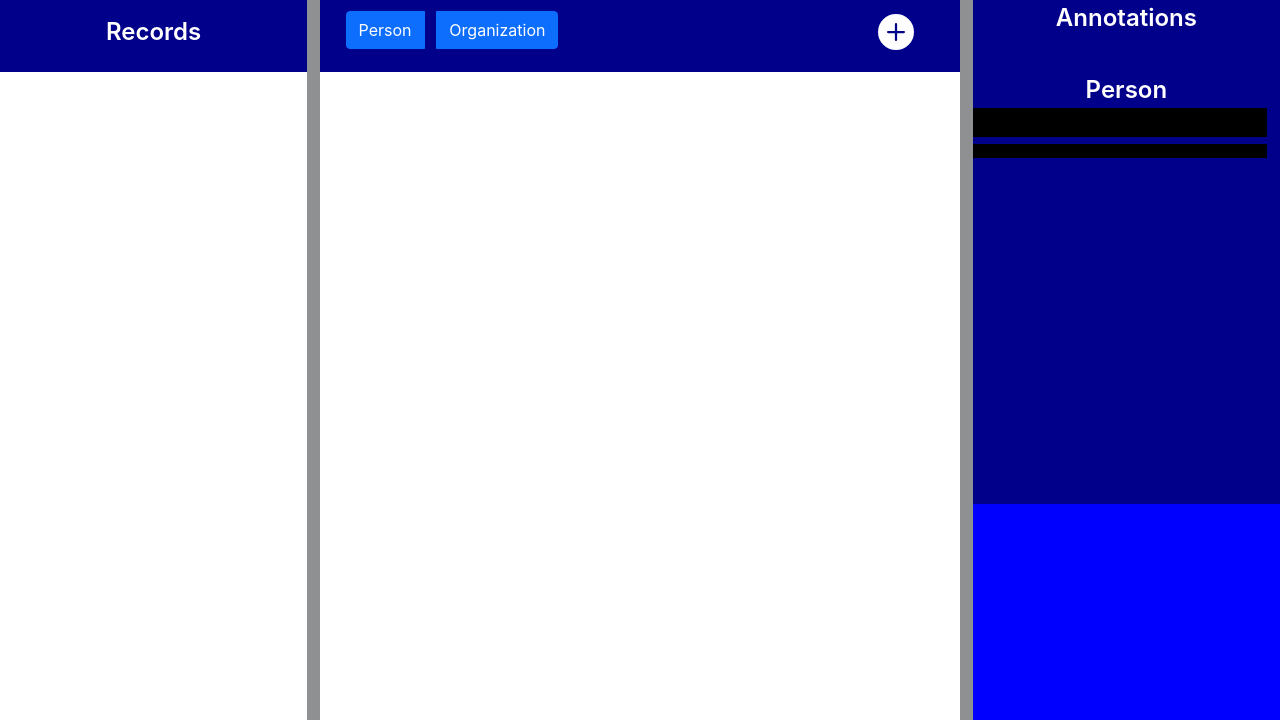
Repository: napan24/classforma_assignment
Page: / (app in client/)
These files come from the project's save history. The page is drawn as it stood at one moment and after the next save; the edit follows.
The browser window is 1280 px wide. The pictures show the whole page.
The project was rebuilt for these pictures with package versions that can differ from the ones it lists, and the page was loaded fresh each time. Also part of the build but not shown: client/src/App.css.

Above is the page before, as saved 2022-07-20 15:24:38.

After the next save:
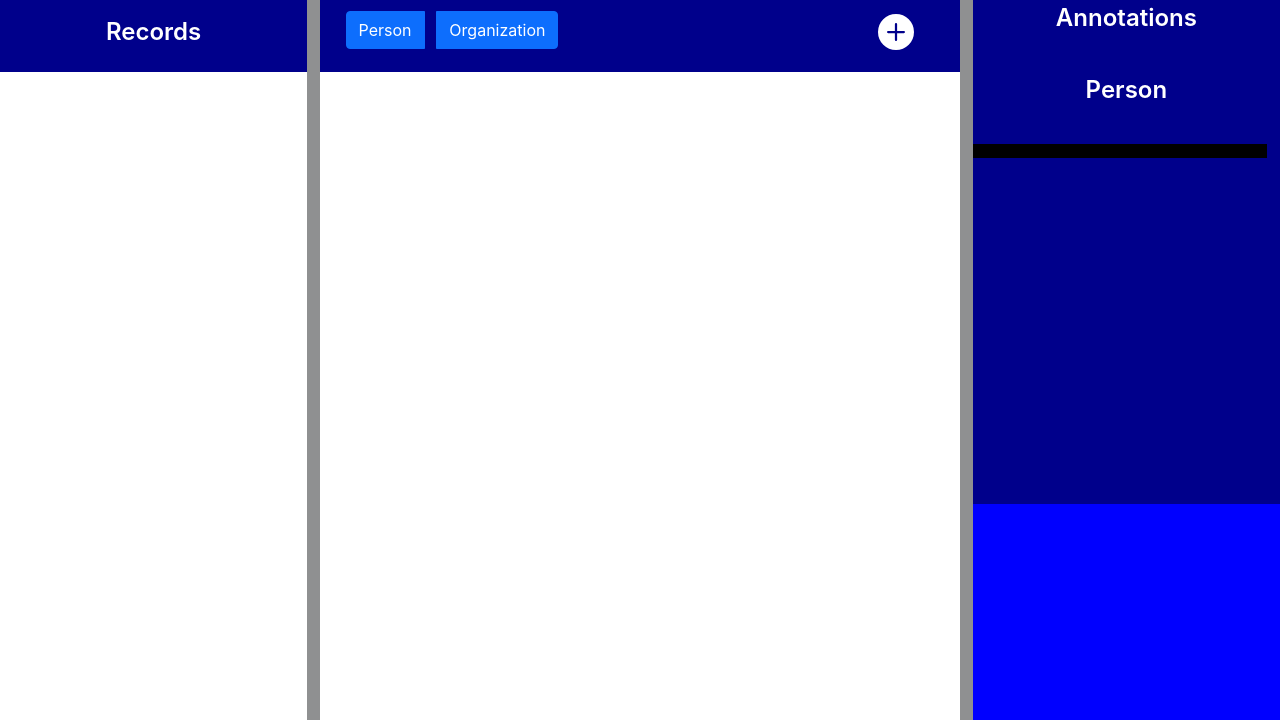
Saved 22 s later.
--- a/client/src/Home.js
+++ b/client/src/Home.js
@@ -90,7 +90,7 @@ const Home = () => {
                     </div>
                     <div style={{ width: "24vw", height: "48vh", backgroundColor: "#00008b", textAlign: 'center', fontSize: '150%', color: "white", fontWeight: "600", position: "fixed", overflowY: "scroll" }}>
                         {personName && personName.map((user) => (
-                            <div style={{ width: "23vw", height: '4vh', backgroundColor: "black", color: "white", fontSize: "50%" }}>
+                            <div style={{ width: "23vw",backgroundColor: "black", color: "white", fontSize: "50%" }}>
                                 {user}
                             </div>
                         ))}
